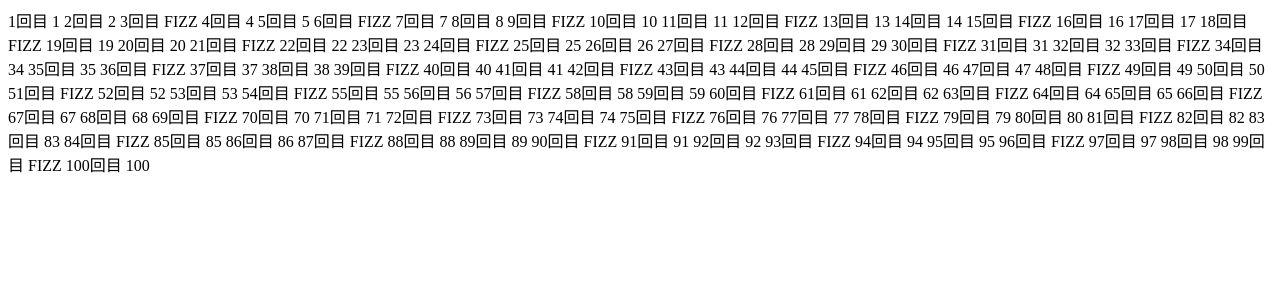
Repository: mipiip/secondrepo
Page: http://localhost/for.php
The author's editor kept a record of every edit. The page is drawn from the files as they stood at one moment, then again after the next edit.
The browser window is 1280 px wide. The pictures show the whole page.
The page is run by PHP 8.4 with error messages shown; the project is at /var/www/html/.

Above is the page before.

### for.php
<?php
    for ($i = 1; $i <= 100; $i++) {
        echo $i . '回目' . PHP_EOL;
    if($i % 3 == 0){
       echo "FIZZ";
    } else{
       echo $i;
    }
    echo PHP_EOL;
    }
?>

After the next edit:
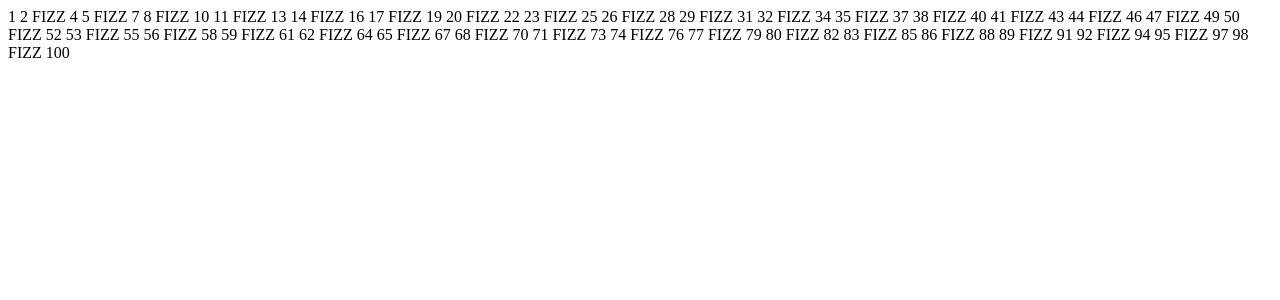
The edit:
--- a/for.php
+++ b/for.php
@@ -1,6 +1,5 @@
 <?php
     for ($i = 1; $i <= 100; $i++) {
-        echo $i . '回目' . PHP_EOL;
     if($i % 3 == 0){
        echo "FIZZ";
     } else{
